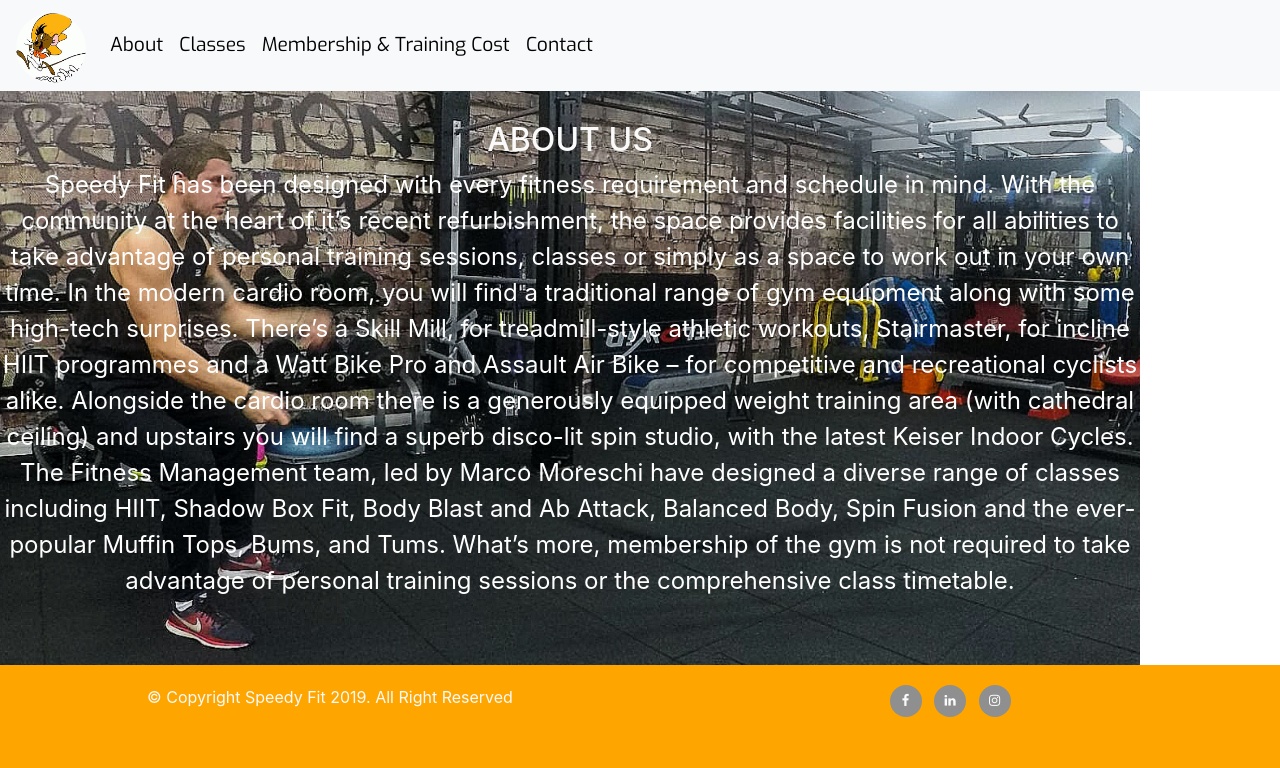
Repository: marcomoreschi/Milestrone-project
Page: index.html
The author's editor kept a record of every edit. The page is drawn from the files as they stood at one moment, then again after the next edit.
The browser window is 1280 px wide. The pictures show the whole page.
Some web libraries are served in a nearby version.

Above is the page before.

### index.html
<!DOCTYPE html>
<html lang="en">

<head>
    <meta charset="UTF-8">
    <meta name="viewport" content="width=device-width, initial-scale=1.0">
    <meta http-equiv="X-UA-Compatible" content="ie=edge">
    <link rel="stylesheet" href="https://maxcdn.bootstrapcdn.com/bootstrap/4.2.1/css/bootstrap.min.css" type="text/css" />
    <link rel="stylesheet" href="https://maxcdn.bootstrapcdn.com/font-awesome/4.7.0/css/font-awesome.min.css" type="text/css" />
    <link rel="stylesheet" href="https://cdnjs.cloudflare.com/ajax/libs/hover.css/2.1.1/css/hover-min.css" type="text/css" />
    <link rel="stylesheet" href="assets/css/style.css">
    <title>Speedy Fit</title>
</head>

<body>

    <header>
        <nav class="navbar navbar-expand-lg navbar-light bg-light">
            <a class="navbar-brand" href="index.html">
      <img src="assets/images/logo.jpg"></img>
        </a>
            <button class="navbar-toggler" type="button" data-toggle="collapse" data-target="#navbarNav" aria-controls="navbarNav" aria-expanded="false" aria-label="Toggle navigation">
    <span class="navbar-toggler-icon"></span>
  </button>
            <div class="collapse navbar-collapse" id="navbarNavDropdown">
                <ul class="navbar-nav">
                    <li class="nav-item active">
                        <a class="nav-link" href="index.html">About<span class="sr-only">(current)</span></a>
                    </li>
                    <li class="nav-item">
                        <a class="nav-link" href="classes.html">Classes</a>
                    </li>
                    <li class="nav-item">
                        <a class="nav-link" href="membership&trainingcost.html">Membership & Training Cost</a>
                    </li>
                    <li class="nav-item">
                        <a class="nav-link" href="contact.html">Contact</a>
                    </li>
                </ul>
            </div>
        </nav>

    </header>

    <section class="container about-us-section">

        <div class="row">

        <h2 class="col-sm-12">About Us</h2>

        <p class"col-sm-12> Speedy Fit has been designed with every fitness requirement and schedule in mind. With the community at the heart of it’s recent refurbishment, the space provides facilities for all abilities to take advantage of personal training sessions, classes
            or simply as a space to work out in your own time. In the modern cardio room, you will find a traditional range of gym equipment along with some high-tech surprises. There’s a Skill Mill, for treadmill-style athletic workouts, Stairmaster,
            for incline HIIT programmes and a Watt Bike Pro and Assault Air Bike – for competitive and recreational cyclists alike. Alongside the cardio room there is a generously equipped weight training area (with cathedral ceiling) and upstairs you
            will find a superb disco-lit spin studio, with the latest Keiser Indoor Cycles. The Fitness Management team, led by Marco Moreschi have designed a diverse range of classes including HIIT, Shadow Box Fit, Body Blast and Ab Attack, Balanced
            Body, Spin Fusion and the ever-popular Muffin Tops, Bums, and Tums. What’s more, membership of the gym is not required to take advantage of personal training sessions or the comprehensive class timetable.</p>

        </div>

    </section>

    <footer class="container-fluid">
        <div id="footer-details" class="row">
            <div class="col-sm-6">
                <p class="inline-block">&#169; Copyright Speedy Fit 2019. All Right Reserved</p>
            </div>
            <div class="col-sm-6">
                <ul class="list-inline social-links">
                    <li class="list-inline-item">
                        <a target="_blank" href="#">
                            <i class="fa fa-facebook" aria-hidden="true"></i>
                            <span class="sr-only">Facebook</span>
                        </a>
                    </li>
                    <li class="list-inline-item">
                        <a target="_blank" href="#">
                            <i class="fa fa-linkedin" aria-hidden="true"></i>
                            <span class="sr-only">LinkedIn</span>
                        </a>
                    </li>
                    <li class="list-inline-item">
                        <a target="_blank" href="#">
                            <i class="fa fa-instagram" aria-hidden="true"></i>
                            <span class="sr-only">Instagram</span>
                        </a>
                    </li>
                </ul>
            </div>
        </div>
    </footer>

</body>

</html>

### assets/css/style.css
@import url('https://fonts.googleapis.com/css?family=Roboto:100,200,300,400,500,600,700|Exo:100,200,300,400,500,600,700');


/* -----------------------------------------Heading */

.navbar {
    margin-bottom: 0;
    border: 0;
    background-color: black;
    text-align: center;
}

.navbar-brand {
    height: 75px;
}

.navbar-brand img {
    width: 70px;
    height: 70px;
    border-radius: 50%;
}

.nav-item a {
    font-size: 1.2em;
    font-family: 'Exo', sans-serif;
    color: black !important;
}

.navbar ul li a:hover {
    color: #ffa500 !important;
    transition: all 0.35s ease-in-out;
    -moz-transition: all 0.35s ease-in-out;
    -webkit-transition: all 0.35s ease-in-out;
    -o-transition: all 0.35s ease-in-out;
}

/* -----------------------------------------About */

.about-us-section {
    margin: 0;
    background-position: center;
    background-size: cover;
    width: 100%;
    height: 100%;
}

.about-us-section {
    background: url("../images/rope.jpg") no-repeat center;
   -webkit-background-size: cover;
   -moz-background-size: cover;
   -o-background-size: cover;
    background-size: cover;
}

.container h2 {
    text-align: center;
    padding-top: 30px;
    color: #fafafa;
    text-transform: uppercase;
}

.container p {
    text-align: center;
    padding-bottom: 50px;
    color: #fff;
    font-size: 1.5em;
}


/* -----------------------------------------Footer */

footer {
    background-color: #ffa500;
    color: #fafafa;
    min-height: 100px;
    max-height: 200px;
    margin: 0;
}

.social-links {
    padding-bottom: 15px;
    text-align: center;
}

.social-links li a i {
    width: 32px;
    height: 32px;
    padding: 12px 0;
    border-radius: 50%;
    font-size: 13px;
    line-height: 7px;
    text-align: center;
    color: #fafafa;
    background: #8f8f8f;
    transition: all 0.35s ease-in-out;
    -moz-transition: all 0.35s ease-in-out;
    -webkit-transition: all 0.35s ease-in-out;
    -o-transition: all 0.35s ease-in-out;
}

.social-links li a i:hover {
    background: #e84610;
}

#footer-details {
    padding: 20px;
    text-align: center;
}

@media(min-width: 992px) {
    .center-form {
        padding-top: 30px;
        min-height: 240px;
        margin: 0 auto;
        max-width: 50%;
    }
}

After the next edit:
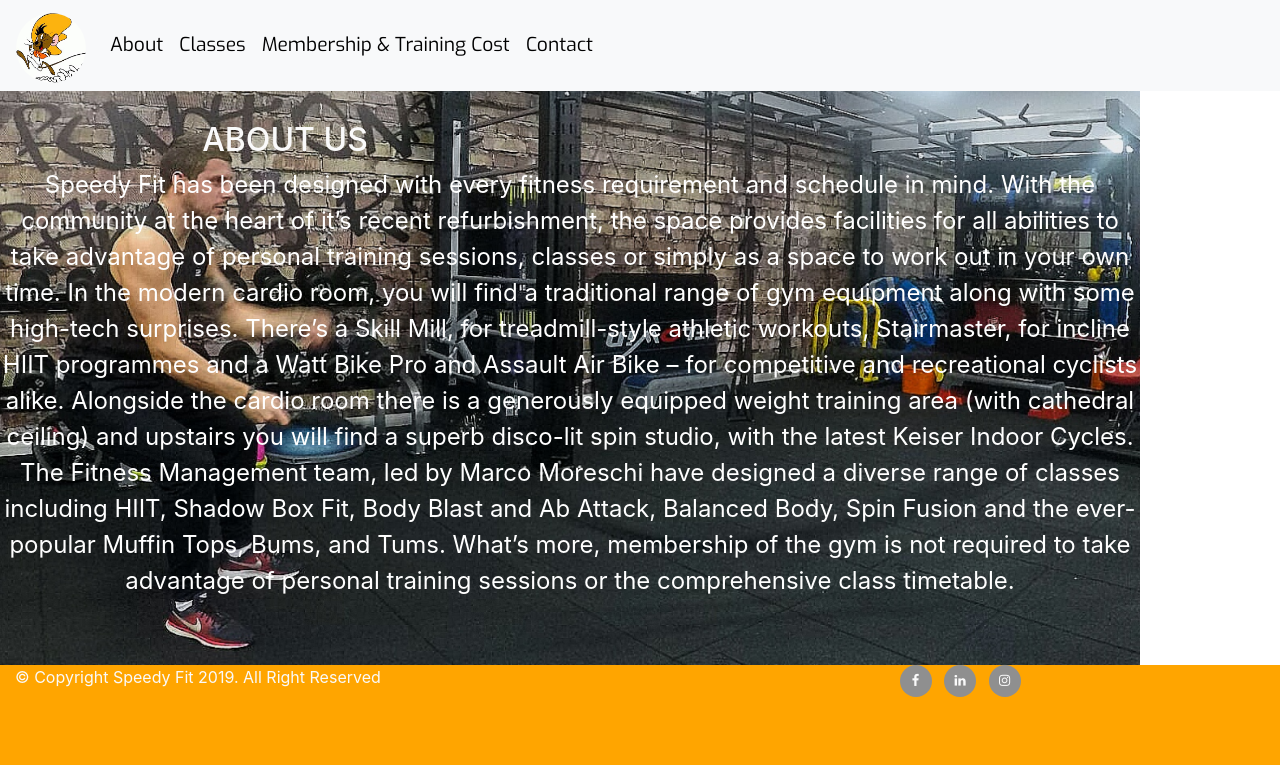
The edit:
--- a/index.html
+++ b/index.html
@@ -46,41 +46,42 @@
 
         <div class="row">
 
-        <h2 class="col-sm-12">About Us</h2>
+            <h2 class="col-sm-6">About Us</h2>
 
-        <p class"col-sm-12> Speedy Fit has been designed with every fitness requirement and schedule in mind. With the community at the heart of it’s recent refurbishment, the space provides facilities for all abilities to take advantage of personal training sessions, classes
+            <p class "col-sm-12> Speedy Fit has been designed with every fitness requirement and schedule in mind. With the community at the heart of it’s recent refurbishment, the space provides facilities for all abilities to take advantage of personal training sessions, classes
             or simply as a space to work out in your own time. In the modern cardio room, you will find a traditional range of gym equipment along with some high-tech surprises. There’s a Skill Mill, for treadmill-style athletic workouts, Stairmaster,
             for incline HIIT programmes and a Watt Bike Pro and Assault Air Bike – for competitive and recreational cyclists alike. Alongside the cardio room there is a generously equipped weight training area (with cathedral ceiling) and upstairs you
             will find a superb disco-lit spin studio, with the latest Keiser Indoor Cycles. The Fitness Management team, led by Marco Moreschi have designed a diverse range of classes including HIIT, Shadow Box Fit, Body Blast and Ab Attack, Balanced
-            Body, Spin Fusion and the ever-popular Muffin Tops, Bums, and Tums. What’s more, membership of the gym is not required to take advantage of personal training sessions or the comprehensive class timetable.</p>
+            Body, Spin Fusion and the ever-popular Muffin Tops, Bums, and Tums. What’s more, membership of the gym is not required to take advantage of personal training sessions or the comprehensive class timetable.
+            </p>
 
         </div>
 
     </section>
 
-    <footer class="container-fluid">
-        <div id="footer-details" class="row">
-            <div class="col-sm-6">
-                <p class="inline-block">&#169; Copyright Speedy Fit 2019. All Right Reserved</p>
+    <footer class="container-fluid ">
+        <div id="footer-details " class="row ">
+            <div class="col-sm-6 ">
+                <p class="inline-block ">&#169; Copyright Speedy Fit 2019. All Right Reserved</p>
             </div>
-            <div class="col-sm-6">
-                <ul class="list-inline social-links">
-                    <li class="list-inline-item">
-                        <a target="_blank" href="#">
-                            <i class="fa fa-facebook" aria-hidden="true"></i>
-                            <span class="sr-only">Facebook</span>
+            <div class="col-sm-6 ">
+                <ul class="list-inline social-links ">
+                    <li class="list-inline-item ">
+                        <a target="_blank " href="# ">
+                            <i class="fa fa-facebook " aria-hidden="true "></i>
+                            <span class="sr-only ">Facebook</span>
                         </a>
                     </li>
-                    <li class="list-inline-item">
-                        <a target="_blank" href="#">
-                            <i class="fa fa-linkedin" aria-hidden="true"></i>
-                            <span class="sr-only">LinkedIn</span>
+                    <li class="list-inline-item ">
+                        <a target="_blank " href="# ">
+                            <i class="fa fa-linkedin " aria-hidden="true "></i>
+                            <span class="sr-only ">LinkedIn</span>
                         </a>
                     </li>
-                    <li class="list-inline-item">
-                        <a target="_blank" href="#">
-                            <i class="fa fa-instagram" aria-hidden="true"></i>
-                            <span class="sr-only">Instagram</span>
+                    <li class="list-inline-item ">
+                        <a target="_blank " href="# ">
+                            <i class="fa fa-instagram " aria-hidden="true "></i>
+                            <span class="sr-only ">Instagram</span>
                         </a>
                     </li>
                 </ul>
